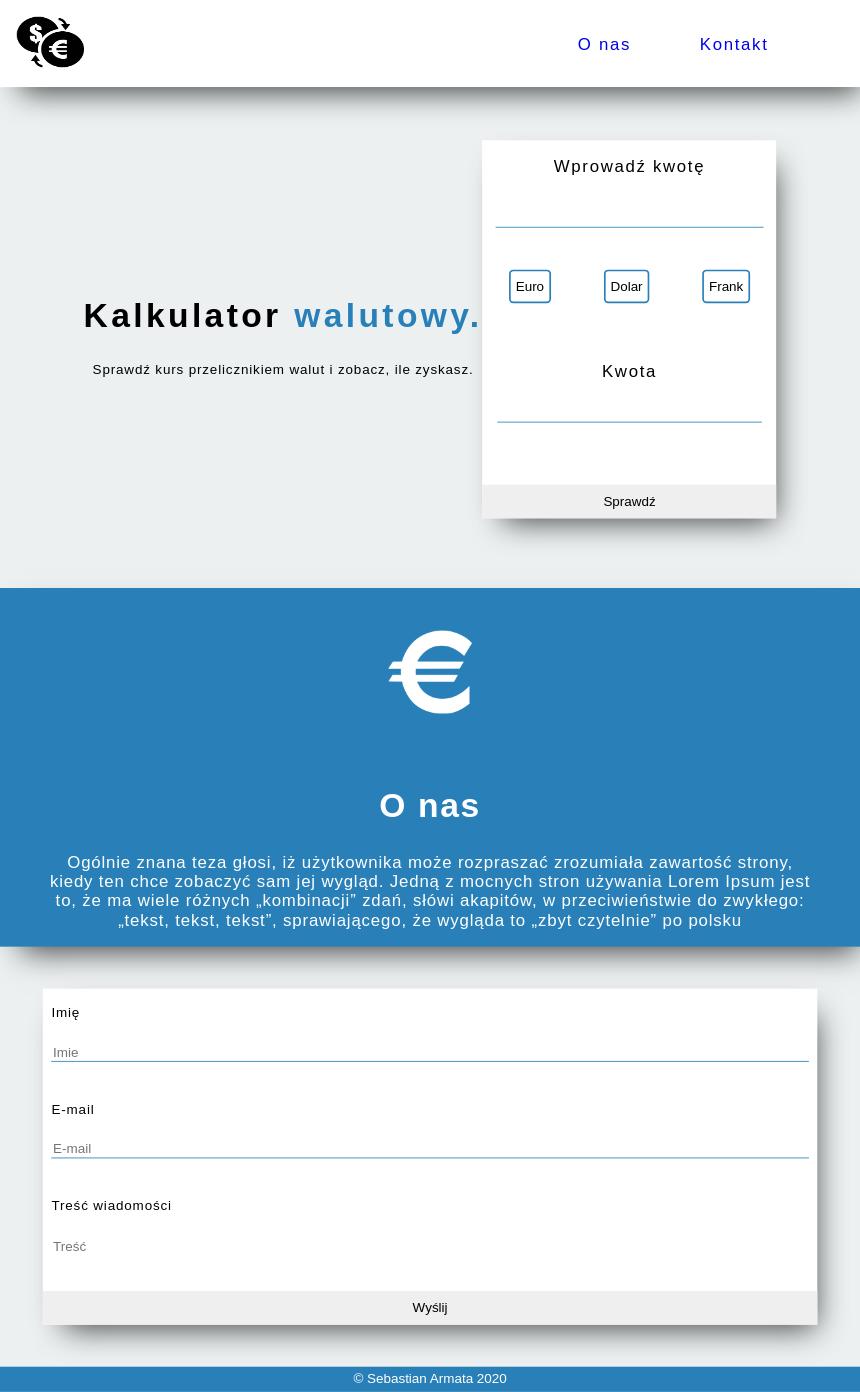
Repository: SebastianArmata22/Kalkulator-walut
Page: index.html
These files come from the project's save history. The page is drawn as it stood at one moment and after the next save; the edit follows.
The browser window is 1024 px wide. The pictures show the whole page, at 84% of full size.

Above is the page before, as saved 2020-10-28 16:02:58.

After the next save:
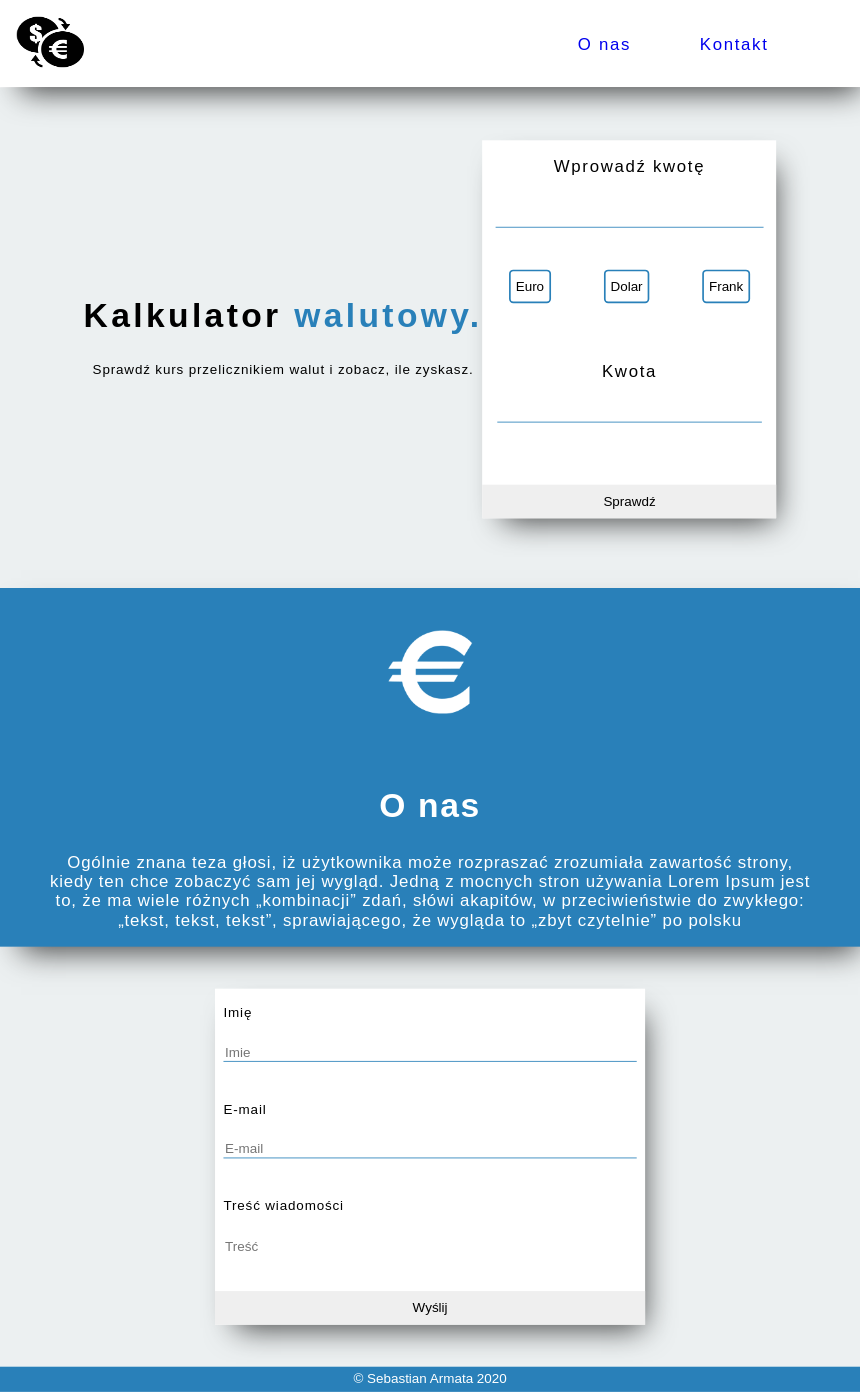
Saved 58 s later.
--- a/style.css
+++ b/style.css
@@ -284,6 +284,6 @@
     flex-direction: column-reverse;
 }
 .contact-form{
-    width: 90%;
-}
-}
+    max-width: 70%;
+}
+}

After the 3 saves that followed:
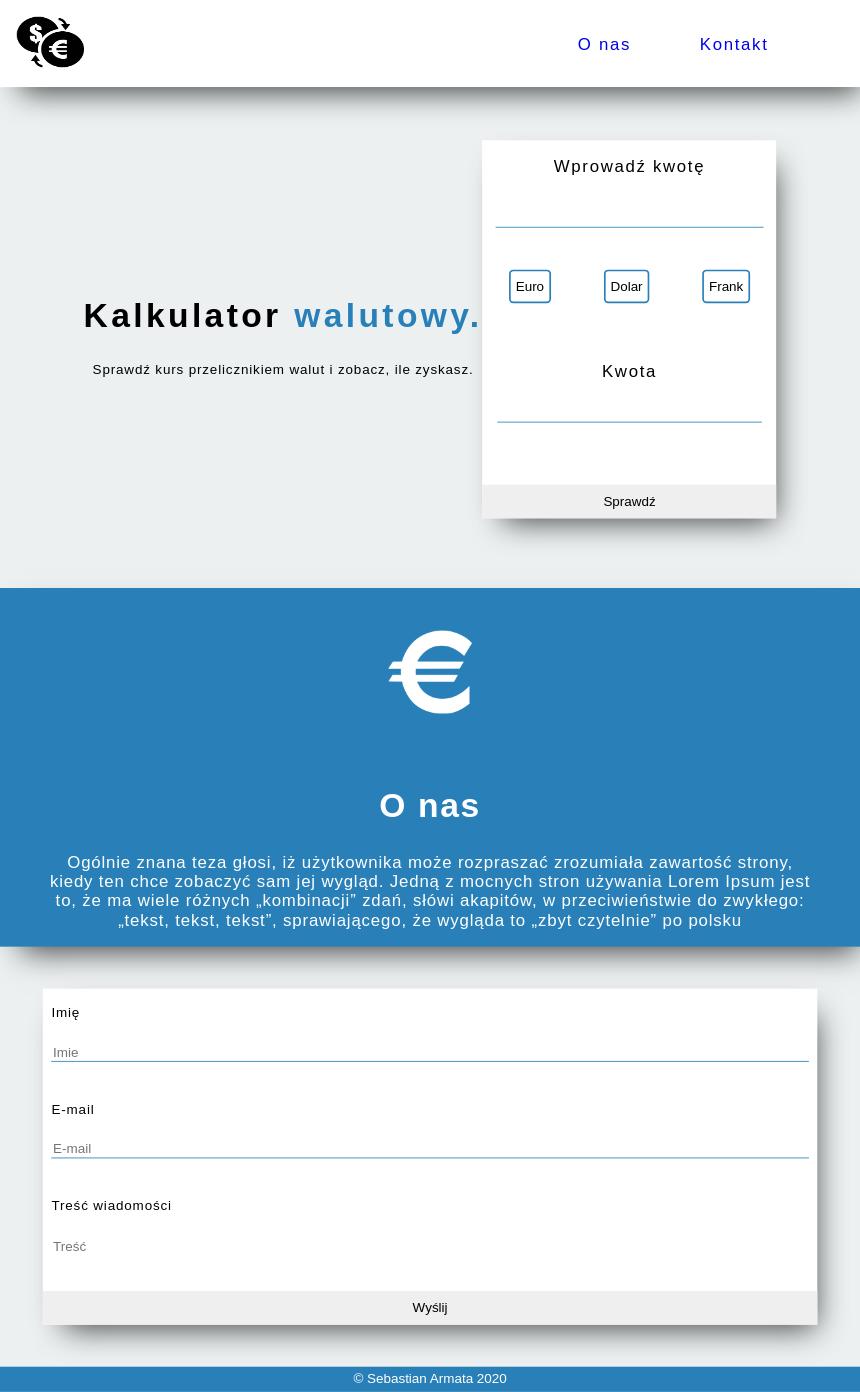
The 3 saves are shown as one change because 1 left the picture as it was and some came seconds apart.
The last was saved 43 s later.
--- a/style.css
+++ b/style.css
@@ -284,6 +284,6 @@
     flex-direction: column-reverse;
 }
 .contact-form{
-    max-width: 70%;
-}
-}
+    width: 90%;
+}
+}
